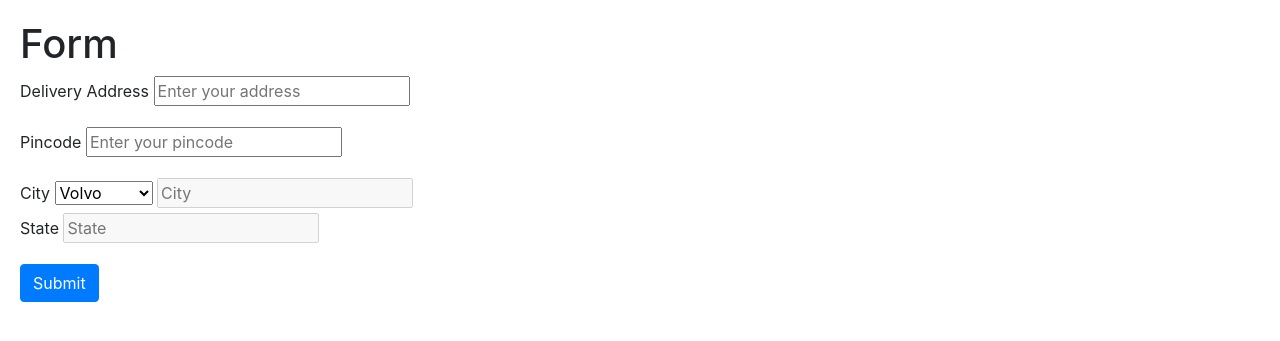
Repository: piyushj81/ComputerShop
Page: http://localhost/computershop/shopnowform.jsp
An editor plug-in stored every save of this project. The page is shown before and after the next save, followed by the edit.
The browser window is 1280 px wide. The pictures show the whole page.
The page is served by Tomcat 9.

Above is the page before, as saved 2021-10-11 06:24:09.

After the next save:
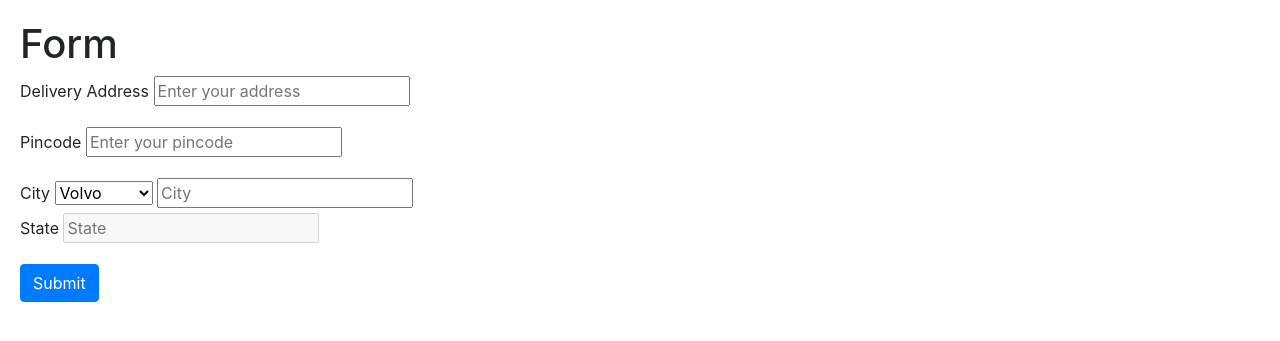
Saved 12 s later.
--- a/computershop/WebContent/shopnowform.jsp
+++ b/computershop/WebContent/shopnowform.jsp
@@ -39,7 +39,7 @@
   <option value="audi">Audi</option>
 </select>
 
-  <input type="text" class="city" id="city"   disabled placeholder="City">
+  <input type="text" class="city" id="city"    placeholder="City">
   <div class="form-group">
    <label for="exampleInputEmail1">State</label>
 
